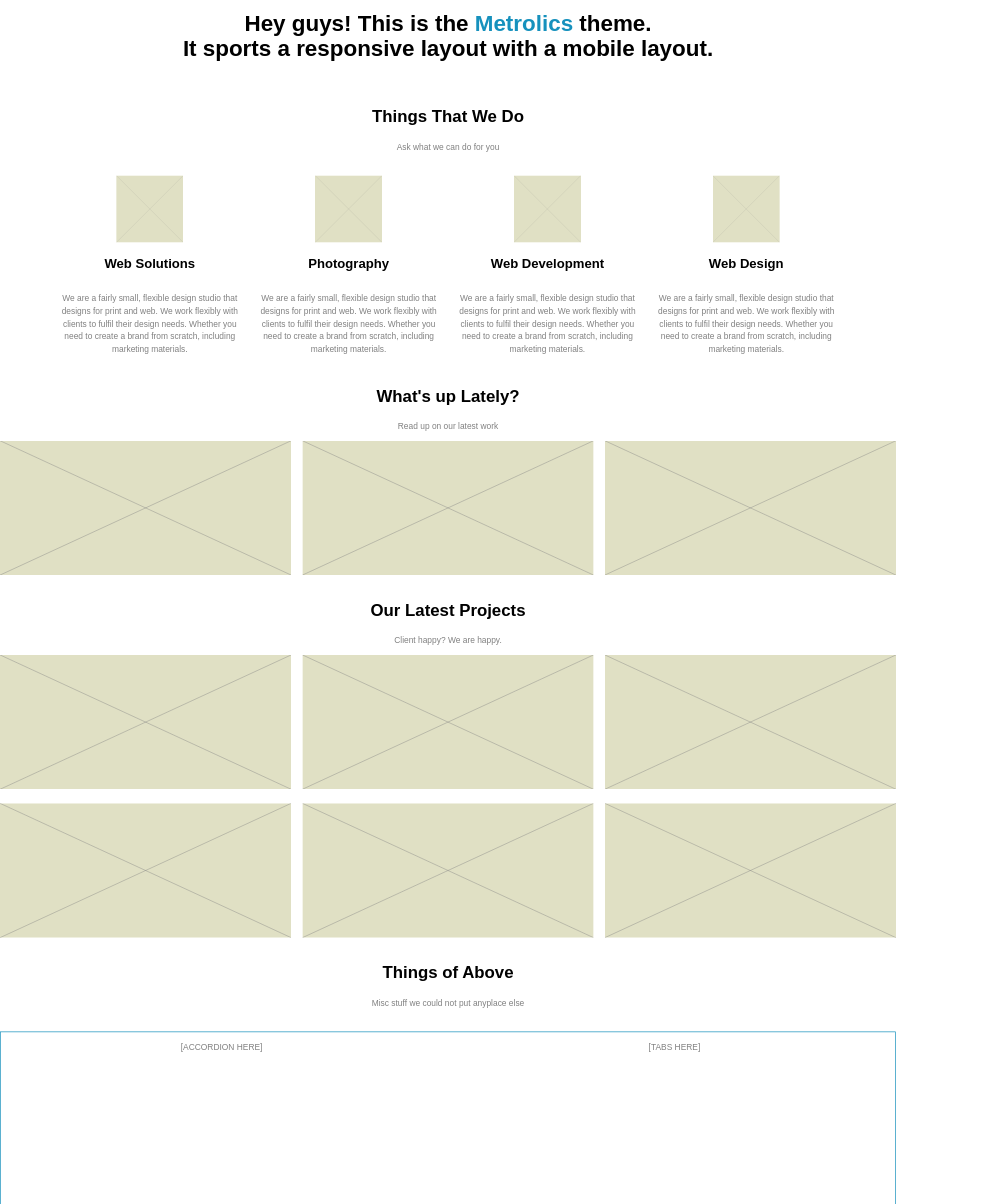
Repository: pjiang604/mdia2003-lab03b
Page: index.html
An editor plug-in stored every save of this project. The page is shown before and after the next save, followed by the edit.
The browser window is 1280 px wide. The page is 1408 px wide, so the pictures cover 1408 px, including what lies to the right of the window. The pictures show the part of the page from y = 452 to 2172 px (the page is 2762 px tall before and 2780 px after), at 70% of full size.

Above is the page before, as saved 2023-01-31 21:31:08.

### index.html
<!DOCTYPE html>
<html lang="en">

<head>
    <meta charset="UTF-8">
    <meta http-equiv="X-UA-Compatible" content="IE=edge">
    <meta name="viewport" content="width=device-width, initial-scale=1.0">
    <title>Metrolics</title>
    <link rel="stylesheet" href="style.css">
    <link rel="preconnect" href="https://fonts.google.com/specimen/Ubuntu?query=ubuntu">
</head>

<body>
    <nav>
        <div class="nav row l-col-6-1 m-col-6-1 s-col-2-2">
            <div class="logoColumn">
                <img src="img/icons/logo.png" alt="logo" class="logo">
            </div>
            <a href="/">
                <div class="col hide navTab homeTab">
                    <img src="img/icons/home.png" class="navBarIcons">
                    <h5>Home</h5>
                </div>
            </a>
            <a href="/">
                <div class="col hide navTab pagesTab">
                    <img src="img/icons/pages.png" class="navBarIcons">
                    <h5> Pages</h5>
                </div>
            </a>
            <a href="/">
                <div class="col hide navTab blogTab">
                    <img src="img/icons/blog.png" class="navBarIcons">
                    <h5>Blog</h5>
                </div>
            </a>
            <a href="/">
                <div class="col hide navTab portfolioTab">
                    <img src="img/icons/portfolio.png" class="navBarIcons">
                    <h5>Portfolio</h5>
                </div>
            </a>
            <a href="/">
                <div class="col hide navTab emailTab">
                    <img src="img/icons/email.png" class="navBarIcons">
                    <h5>Email</h5>
                </div>
            </a>
            <div class="col hamburger">
                <p>[HAM MENU]</p>
            </div>
        </div>
    </nav>

    <div class="carousel hide">
        <p>[CAROUSEL HERE]</p>
    </div>

    <main>
    <div class="tagLine">
        <h1>Hey guys! This is the <span class="metroColor">Metrolics</span> theme.<br> It sports a responsive layout
            with a mobile layout.</h1>
    </div>

    <div class="services-section">
        <div class="col headerMargin">
            <h2>Things That We Do</h2>
            <p>Ask what we can do for you</p>
        </div>
        <div class="row l-col-4-1 m-col-2-1 s-col-1-4">
            <div class="col card">
                <img src="img/placeholder.svg" class="serviceImg" alt="">
                <h3>Web Solutions</h3>
                <p>We are a fairly small, flexible design studio that designs for print and web. We work flexibly with
                    clients to fulfil their design needs. Whether you need to create a brand from scratch, including
                    marketing materials.</p>
            </div>
            <div class="col card">
                <img src="img/placeholder.svg" class="serviceImg" alt="">
                <h3>Photography</h3>
                <p>We are a fairly small, flexible design studio that designs for print and web. We work flexibly with
                    clients to fulfil their design needs. Whether you need to create a brand from scratch, including
                    marketing materials.</p>

            </div>
            <div class="col card">
                <img src="img/placeholder.svg" class="serviceImg" alt="">
                <h3>Web Development</h3>
                <p>We are a fairly small, flexible design studio that designs for print and web. We work flexibly with
                    clients to fulfil their design needs. Whether you need to create a brand from scratch, including
                    marketing materials.</p>
            </div>
            <div class="col card">
                <img src="img/placeholder.svg" class="serviceImg" alt="">
                <h3>Web Design</h3>
                <p>We are a fairly small, flexible design studio that designs for print and web. We work flexibly with
                    clients to fulfil their design needs. Whether you need to create a brand from scratch, including
                    marketing materials.</p>
            </div>
        </div>
    </div>
    <div class="recent-news headerMargin">
        <div class="col">
            <h2>What's up Lately?</h2>
            <p>Read up on our latest work</p>
        </div>
        <div class="row l-col-3-1 m-col-2-1 s-col-1-4">
            <div class="col">
                <img src="img/placeholder.svg" class="image-post" alt="">
            </div>
            <div class="col">
                <img src="img/placeholder.svg" class="image-post" alt="">
            </div>
            <div class="col">
                <img src="img/placeholder.svg" class="image-post" alt="">
            </div>
            <div class="hidden-photo">
                <img src="img/placeholder.svg" class="image-post" alt="">
            </div>
        </div>
    </div>
    <div class="latest-projects-section headerMargin">
        <div class="col">
            <h2>Our Latest Projects</h2>
            <p>Client happy? We are happy.</p>
        </div>
        <div class="row l-col-3-1 m-col-2-1 s-col-1-1">
            <div class="col">
                <img src="img/placeholder.svg" class="image-post" alt="">
            </div>
            <div class="col">
                <img src="img/placeholder.svg" class="image-post" alt="">
            </div>
            <div class="col">
                <img src="img/placeholder.svg" class="image-post" alt="">
            </div>
            <div class="col">
                <img src="img/placeholder.svg" class="image-post" alt="">
            </div>
            <div class="col">
                <img src="img/placeholder.svg" class="image-post" alt="">
            </div>
            <div class="col">
                <img src="img/placeholder.svg" class="image-post" alt="">
            </div>
        </div>
    </div>

    <div class="col headerMargin">
        <h2>Things of Above</h2>
        <p>Misc stuff we could not put anyplace else</p>
    </div>
    <div class="row accordion l-col-2-1 m-col-1-2 s-col-1-1">
        <div class="col">
            <p>[ACCORDION HERE]</p>
        </div>
        <div class="col">
            <p>[TABS HERE]</p>
        </div>
    </div>



    <div class="row companies l-col-5-1 m-col-5-1">
        <div class="company-col">
            <img src="img/logos/netbeanslogo.png" class="comp-logo" alt="">
        </div>
        <div class="company-col">
            <img src="img/logos/krita.png" class="comp-logo" alt="">
        </div>
        <div class="company-col">
            <img src="img/logos/scirra.png" class="comp-logo" alt="">
        </div>
        <div class="company-col">
            <img src="img/logos/blender.png" class="comp-logo" alt="">
        </div>
        <div class="company-col">
            <img src="img/logos/inkscape.png" class="comp-logo" alt="">
        </div>
    </div>
</main>

    <footer>

        <div class="row l-col-2-4 m-col-2-4 s-col-2-1 author">
            <div class="col">
                <img src="img/placeholder.svg" class="headshot" alt="">
            </div>
            <div class="col">
                <h5>Peewee Herman</h5>
                <p>Peewee has over 10 years expeience in the industry. He is our Creative Director, digital designer,
                    web designer and front-end developer. He is also pretty good with a sketch-book. Before starting the
                    company Peewee worked as a designer and studio manager for a design house who boasted a number of
                    big name clients.</p>
            </div>
        </div>

        <div class="row l-footer-grid m-row m-footer-grid">
            <div class="col about-socials">
                <h3 class="m-row hide">About Us</h3>
                <p class="m-row hide">Lorem ipsum dolor sit amet consectetur adipisicing elit. Neque, illo! Deserunt quo
                    nostrum
                    quaerat, cum dolores aut. Recusandae voluptates, nisi a explicabo, in autem vitae eius iste
                    temporibus dolorem corporis.</p>
                <div class="row l-col-5-1 m-col-5-1 s-col-5-1">
                    <div class="col">
                        <img src="img/placeholder.svg" class="social-img" alt="">
                    </div>
                    <div class="col">
                        <img src="img/placeholder.svg" class="social-img" alt="">
                    </div>
                    <div class="col">
                        <img src="img/placeholder.svg" class="social-img" alt="">
                    </div>
                    <div class="col">
                        <img src="img/placeholder.svg" class="social-img" alt="">
                    </div>
                    <div class="col">
                        <img src="img/placeholder.svg" class="social-img" alt="">
                    </div>
                </div>
            </div>

            <div class="col flickr">
                <h3>Flickr Photos</h3>
                <div class="row l-col-3-1 m-col-3-1">
                    <div class="col">
                        <img src="img/placeholder.svg" class="flickr-img" alt="">
                    </div>
                    <div class="col">
                        <img src="img/placeholder.svg" class="flickr-img" alt="">
                    </div>
                    <div class="col">
                        <img src="img/placeholder.svg" class="flickr-img" alt="">
                    </div>
                    <div class="col">
                        <img src="img/placeholder.svg" class="flickr-img" alt="">
                    </div>
                    <div class="col">
                        <img src="img/placeholder.svg" class="flickr-img" alt="">
                    </div>
                    <div class="col">
                        <img src="img/placeholder.svg" class="flickr-img" alt="">
                    </div>
                </div>
            </div>

            <div class="row live-social m-col">
                <div>
                    <h3>Recent Tweets</h3>
                </div>
                <div>
                    <p>[TWEET TEXT]</p>
                </div>
                <div>
                    <p>[TWEET TEXT]</p>
                </div>
            </div>

            <div class="col newsletter">
                <div class="row m-col-1-1">
                    <h3>Newsletter</h3>
                    <div class="col">
                        <p>Lorem ipsum, dolor sit amet consectetur adipisicing elit. Quam, iusto provident labore quos
                            ipsa
                            voluptas.</p>
                    </div>
                    <div class="col">
                        <label for="email">Enter your Email...</label>
                        <input type="email" id="email">
                    </div>

                </div>
            </div>
        </div>

        <div class="row footer-decor">
            <div class="decor"></div>
            <div class="decor"></div>
            <div class="decor"></div>
            <div class="decor"></div>
            <div class="decor"></div>
        </div>

    </footer>

</body>



</html>

### style.css
:root {
    --green: #25c389;
    --yellow: #ffb901;
    --red: #de6262;
    --lightBlue: #1691bd;
    --darkBlue: #166ba2;
    --navy: #16242f;

}

html {
    height: 100vh;
    width: 100vw;
}

body {
    width:100vw;
    margin-top:0;
    margin-left:0;
}


.headerMargin {
    margin: 2em 0;
}

nav,
main {
    font-family: Ubuntu, sans-serif;
    font-weight: 300;
    text-decoration: none;
    text-align: center;
    justify-content:center;
}

p {
    font-size: 12px;
    color: grey;
    line-height: 1.5em;
}

a {
    text-decoration: none;
}

.row {
    display: grid;
    row-gap: 1rem;
}

.col {
    position: relative;
}

.flickr-img {
    width: 100%;
}


.social-img {
    width: 100%;
}


.footer-decor {
    grid-template-columns: 3fr 1fr 1fr 1fr 1fr 1fr;
}


/*Nav Bar*/

.nav {
    height: 5em;
}

nav h5 {
    color: white;
    position: absolute;
    bottom: 0;
    padding: 1em;
    margin: 0;
}

.navBarIcons {
    display:flex;
    justify-content:center;
    align-items:center;
    width:3em;
    height:3em;
}

.navBarIcons img {
    width:10em;
    height:20em;
    object-fit:cover;
}

.logo {
    width: 60%;
    height: 3em;
    object-fit: cover;
}

.logoColumn {
    display:flex;
    justify-content:center;
    margin-top:2em;
}

.navTab {
    height: 5em;
    display: flex;
}

.homeTab {
    background-color: var(--green);
}

.pagesTab {
    background-color: var(--yellow);
}

.blogTab {
    background-color: var(--red);
}

.portfolioTab {
    background-color: var(--lightBlue);
}

.emailTab {
    background-color: var(--darkBlue);
}

.hamburger {
    display: none;
}

/*Carousel*/

.carousel {
    display:flex;
    justify-content:center;
    align-items:center;
    height: 20em;
    border: 1px solid var(--lightBlue);
    background-color:#ebebeb;
}

.carouselPicture img {
    object-fit:cover;
    width: 50em;
    height: 50em;
}

.carouselPicture {
    width:50vw;
    height:20vw;
    display:flex;
    align-items:center;
}

/*Tag Line*/
.tagLine {
    margin: 4em 0;
}

.metroColor {
    color: var(--lightBlue);
}

/*Services Section*/

.services-section {
    margin-left:5em;
    margin-right:5em;
}

.serviceImg {
    height: 6em;
    width: 6em;
    object-fit: cover;
}

.card {
    display: flex;
    flex-direction: column;
    align-items: center;
}

/*Recent News*/
.image-post {
    width: 100%;
    height: 12em;
}

/*Accordion*/
.accordion {
    height: 20em;
    border: 1px solid var(--lightBlue);
}

/*Companies*/
.companies {
    column-gap: 2em;
    display:flex;
    margin-left:5em;
    margin-right:5em;
}

.comp-logo {
    width: 15em;
    height: 8em;
}

.comp-logo img {
    width:50%;
    height:0.05em;
    object-fit: cover;
}

.company-col {
    background-color:#ebebeb;
}

/*FOOTER*/

footer {
    background: var(--navy);
    color: white;
    font-family: Ubuntu, sans-serif;
    font-weight: 300;
    text-decoration: none;
    width: 100%;
}


footer p {
    color: white;
}

.headshot {
    width: 4em;
    height: 4em;
    object-fit: cover;
    border-radius: 100%;
}

/** small/mobile version */
@media screen and (max-width:29.9375em) {
    .row {
        max-width: 70em;
        column-gap: .5rem;
        row-gap: 1.5rem;
        margin: 0 auto;

    }

    .hide,
    .flickr,
    .newsletter,
    .companies {
        display: none;
    }

    .hamburger {
        display: contents;
    }

    .s-col-1-4 {
        grid-template-columns: 4fr;
    }

    .s-col-2-2 {
        grid-template-columns: repeat(2, 2fr);
    }

    .s-col-1-1 {
        grid-template-columns: 1fr;
    }

    .s-col-5-1 {
        grid-template-columns: repeat(5, 1fr);
    }

    .s-col-2-1 {
        grid-template-columns: repeat(2, 1fr);
    }

    .footer-grid {
        display: none;
    }

    .hidden-photo {
        display: content;
        background-color: orange;
    }

    .accordion {
        display: none;
    }
}

/** medium and up. applicable for both tablet and mobile version */
@media screen and (max-width:30em) {
    .carousel {
        display: none;
    }

    .image-post.hide {
        display: contents;
    }

    .hidden-photo {
        display: content;
        background-color: orange;
    }

}

/** medium only */
@media screen and (min-width:40em) and (max-width:63.9375em) {

    .hide {
        display: contents;
    }

    .m-footer-grid {
        grid-template-columns: repeat(2, 1fr);
    }

    .m-row {
        display: grid;
        row-gap: 1rem;
    }

    .m-col {
        position: relative;
    }

    .m-col-6-1 {
        grid-template-columns: 3fr 1fr 1fr 1fr 1fr 1fr;
    }

    .m-col-2-1 {
        grid-template-columns: repeat(2, 1fr);
        column-gap: 1rem;
    }

    .m-col-5-1 {
        grid-template-columns: repeat(5, 1fr);
        column-gap: 1rem;
    }

    .m-col-2-4 {
        grid-template-columns: 1fr 4fr;
    }

    .m-col-3-1 {
        grid-template-columns: repeat(3, 1fr);
        column-gap: 1rem;
    }

    .m-col-1-1 {
        grid-template-columns: 1fr
    }

    .m-col-1-2 {
        grid-template-columns: repeat(1, 2fr);
    }

    .hidden-photo {
        display: content;
        background-color: orange;
    }

}

/** large only */
@media screen and (min-width:64em) {

    .l-col-6-1 {
        grid-template-columns: 3fr 1fr 1fr 1fr 1fr 1fr 1fr;
    }

    .l-col-4-1 {
        grid-template-columns: repeat(4, 1fr);
        column-gap: 1rem;
    }

    .l-col-3-1 {
        grid-template-columns: repeat(3, 1fr);
        column-gap: 1rem;
    }

    .l-col-5-1 {
        grid-template-columns: repeat(5, 1fr);
    }

    .l-col-2-4 {
        grid-template-columns: 1fr 4fr;
    }

    .l-col-3-1 {
        grid-template-columns: repeat(3, 1fr);
        column-gap: 1rem;
    }

    .l-col-2-1 {
        grid-template-columns: repeat(2, 1fr);
        column-gap: 1rem;
    }

    .image-post.hide {
        display: none;
    }

    .l-footer-grid {
        grid-template-columns: repeat(4, 1fr);
    }

    .hidden-photo {
        display: none;
    }

}

### img/placeholder.svg
<!-- Created with PhotoLine 21.40B9 (www.pl32.com) -->
<!DOCTYPE svg PUBLIC "-//W3C//DTD SVG 1.1//EN" "http://www.w3.org/Graphics/SVG/1.1/DTD/svg11.dtd"[]>
<svg width="1024" height="1024" version="1.1" xmlns="http://www.w3.org/2000/svg" xmlns:xlink="http://www.w3.org/1999/xlink">
  <g id="Square/Rectangle">
    <rect fill="#e0e0c4" fill-rule="evenodd" width="1024" height="1024" />
  </g>
  <path stroke-width="2" stroke-miterlimit="10" fill="none" stroke="#808080" d="M0 0 L1024 1024" />
  <g transform="matrix(0 1 -1 0 1024 0)">
    <path transform="matrix(-0 -1.000001 1.000001 -0 0.000153 1024.000854)" stroke-width="2" stroke-miterlimit="10" fill="none" stroke="#808080" d="M1024 -0 L0 1024" />
  </g>
</svg>

After the next save:
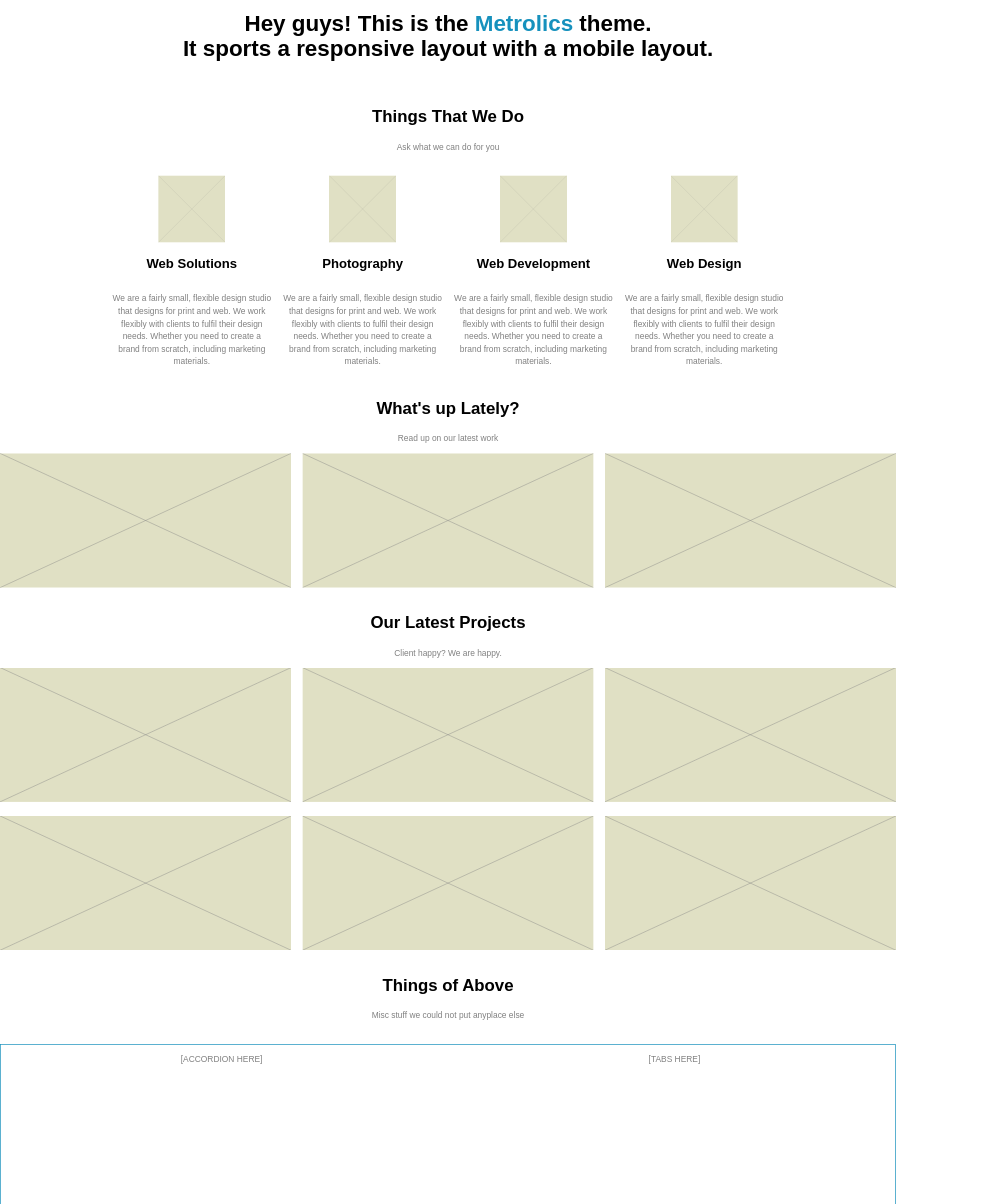
Saved 16 s later.
--- a/style.css
+++ b/style.css
@@ -172,8 +172,8 @@ nav h5 {
 /*Services Section*/
 
 .services-section {
-    margin-left:5em;
-    margin-right:5em;
+    margin-left:10em;
+    margin-right:10em;
 }
 
 .serviceImg {
